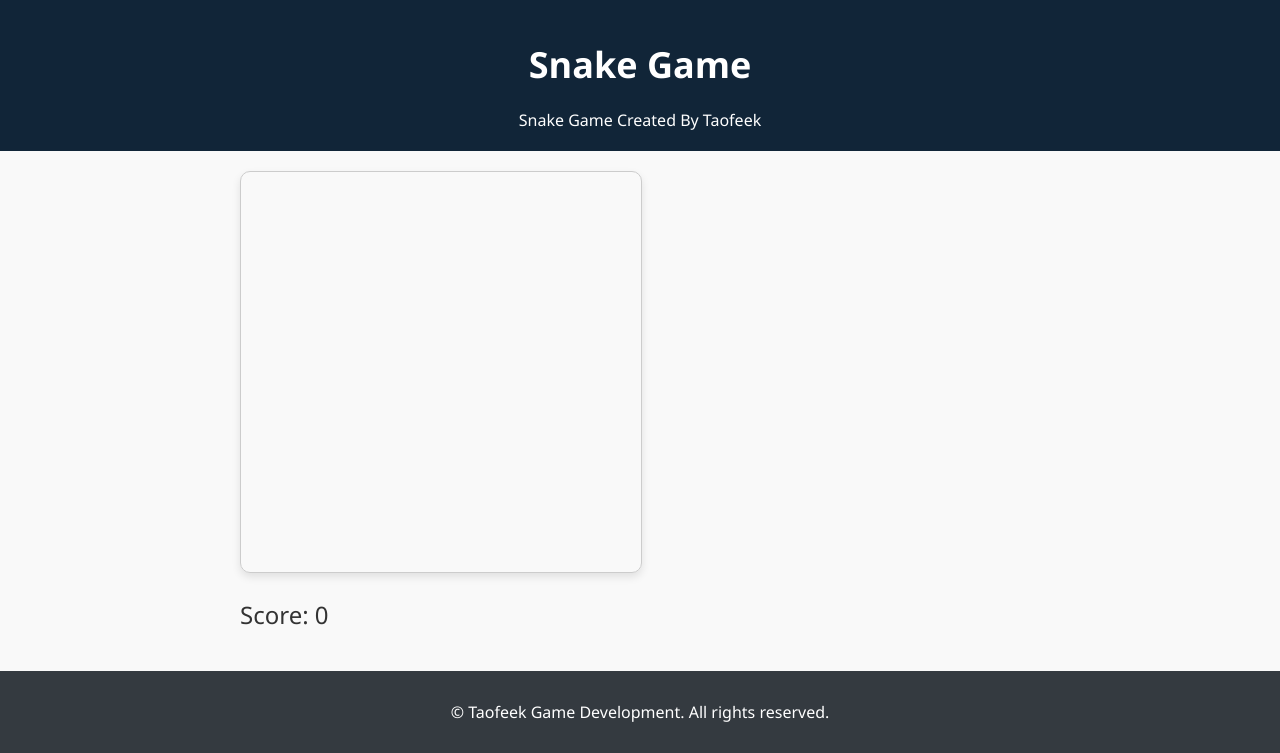
Repository: Taofeekolusola/Landing-page
Page: index.html
An editor plug-in stored every save of this project. The page is shown before and after a run of saves, followed by the edit.
The browser window is 1280 px wide. The pictures show the whole page.

Above is the page before, as saved 2024-05-06 18:07:23.
Not found: script.js

After the next 2 saves:
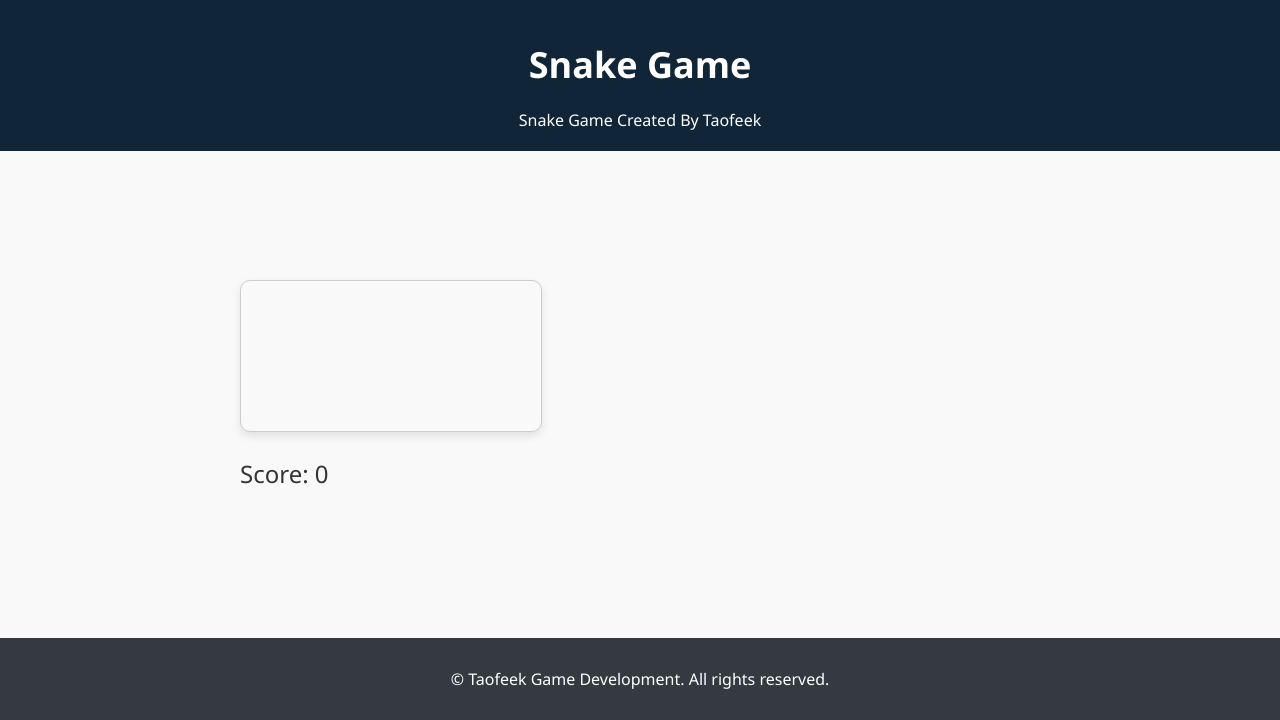
The 2 saves are shown as one change because they came seconds apart.
The last was saved 4 min 2 s later.
--- a/index.html
+++ b/index.html
@@ -15,7 +15,7 @@
     </header>
     <main>
         <div class="container">
-            <canvas id="gameCanvas" width="400" height="400"></canvas>
+            <canvas></canvas>
             <div id="score">Score: 0</div>
         </div>
     </main>
